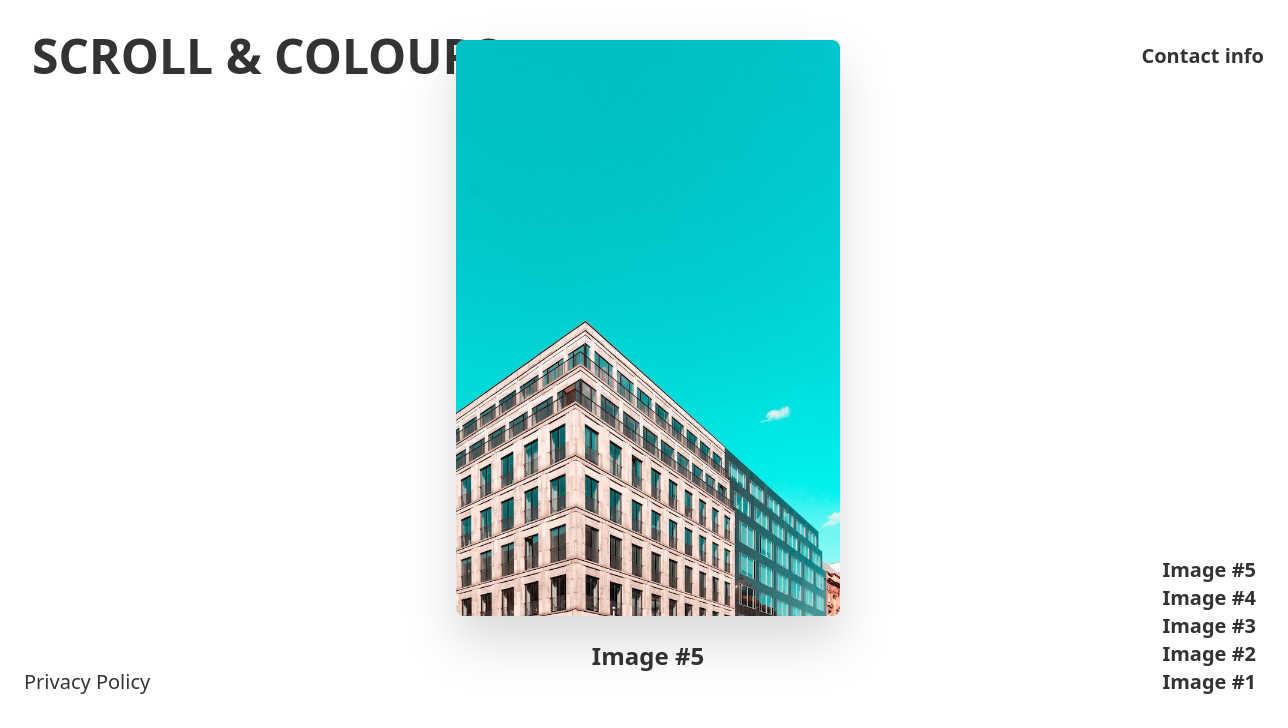
Repository: chelle-c/smooth-scroll-colours
Page: /
An editor plug-in stored every save of this project. The page is shown before and after the next save, followed by the edit.
The browser window is 1280 px wide. The page is 1288 px wide, so the pictures cover 1288 px, including what lies to the right of the window. The pictures show the whole page.
An inner scrolling area shows only its first screen. The project was rebuilt for these pictures with package versions that can differ from the ones it lists, and the page was loaded fresh each time. Imported but missing from the stored project, and not drawn on this page: images.

Above is the page before, as saved 2022-09-27 19:23:42.

After the next save:
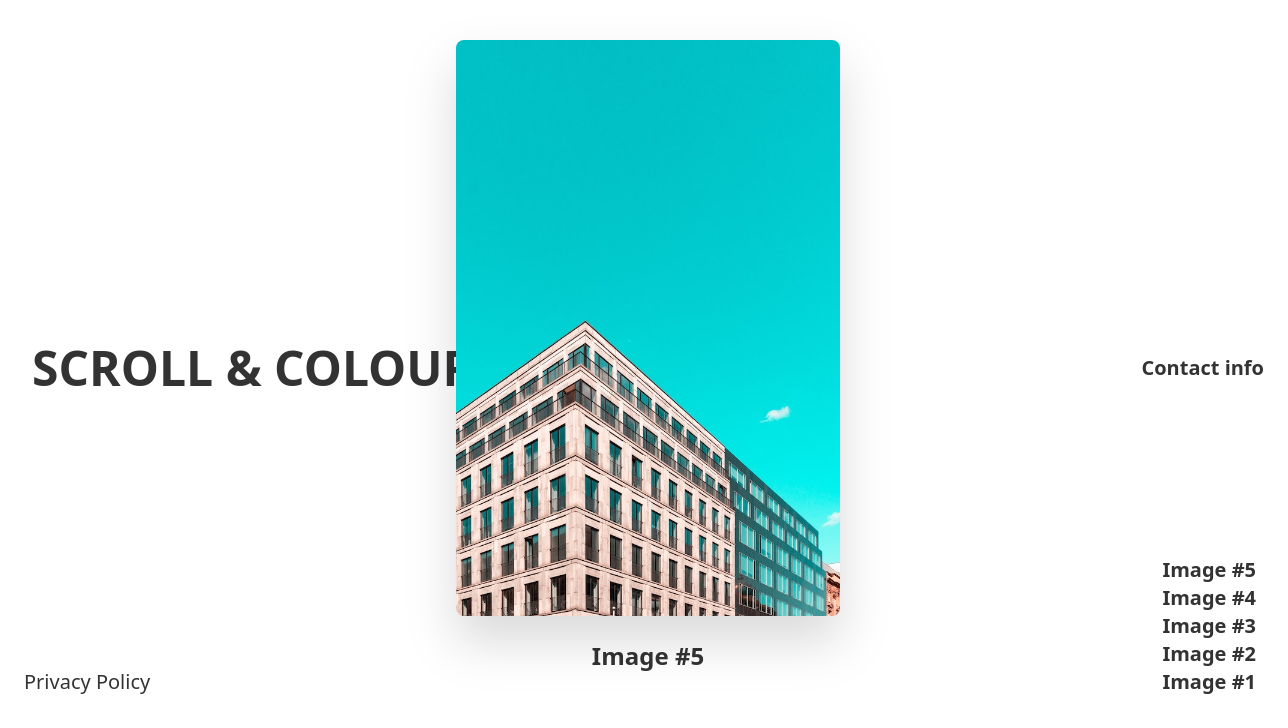
Saved 37 s later.
--- a/src/App.svelte
+++ b/src/App.svelte
@@ -22,7 +22,7 @@
 	class="min-w-full min-h-screen flex flex-col scrollsnap-container scroll-smooth"
 >
 	<div
-		class="min-w-full p-6 flex flex-row justify-between items-center absolute"
+		class="min-w-full min-h-screen p-6 flex flex-row justify-between items-center absolute"
 	>
 		<div>
 			<h1 class="font-sans font-bold text-5xl uppercase">

After the save that followed:
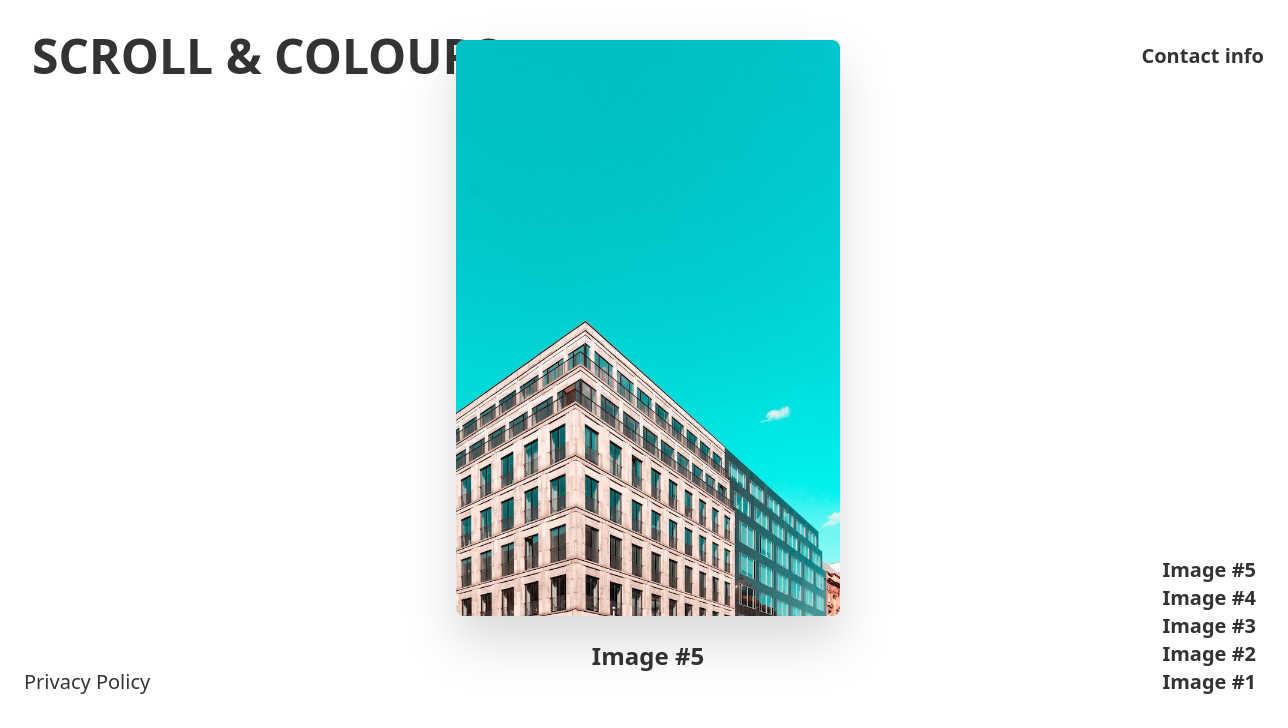
Saved 11 s later.
--- a/src/App.svelte
+++ b/src/App.svelte
@@ -22,7 +22,7 @@
 	class="min-w-full min-h-screen flex flex-col scrollsnap-container scroll-smooth"
 >
 	<div
-		class="min-w-full min-h-screen p-6 flex flex-row justify-between items-center absolute"
+		class="min-w-full p-6 flex flex-row justify-between items-center absolute"
 	>
 		<div>
 			<h1 class="font-sans font-bold text-5xl uppercase">
